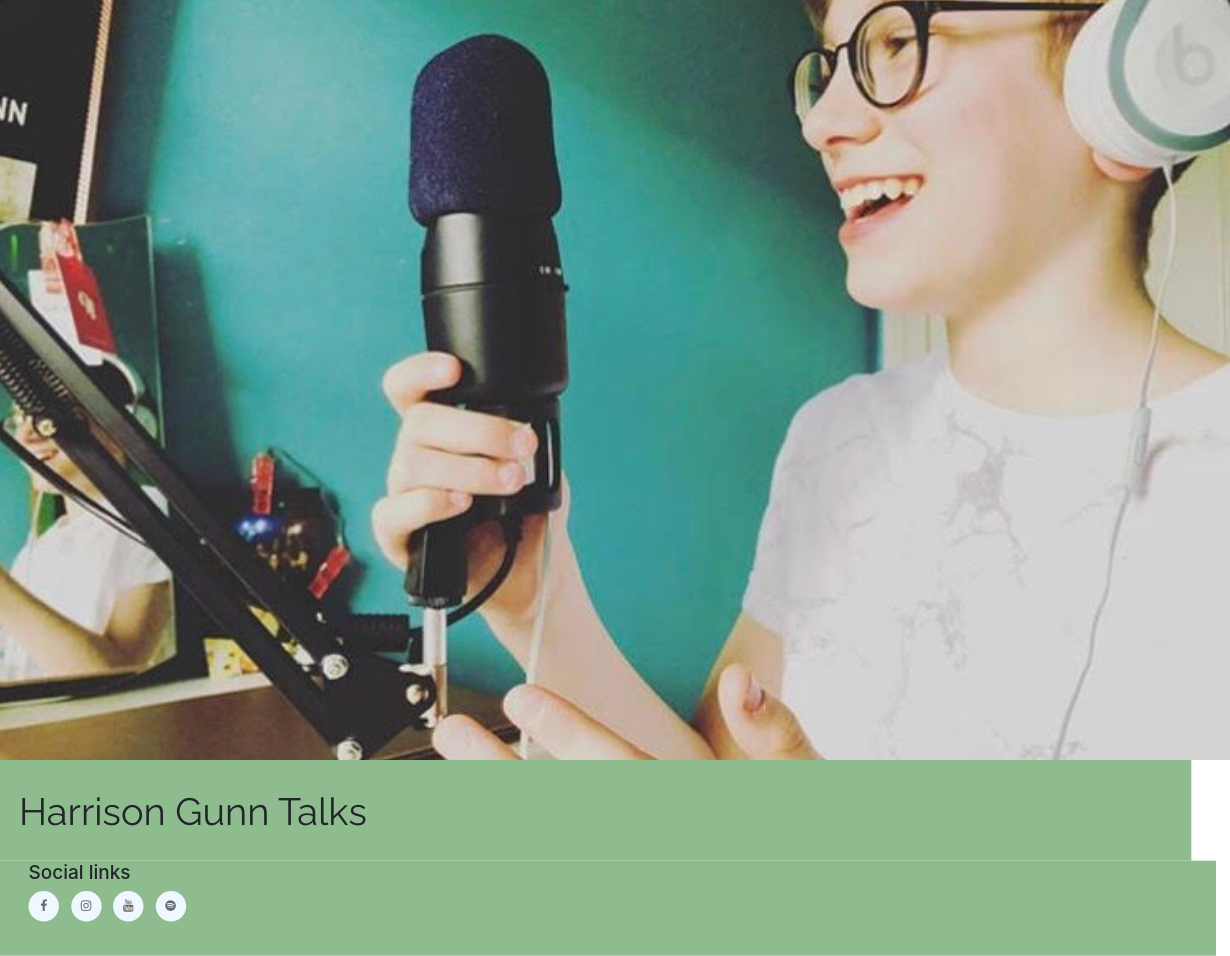
Repository: Leannald13/user-centric-milestone-project
Page: index.html
The author's editor kept a record of every edit. The page is drawn from the files as they stood at one moment, then again after the next edit.
The browser window is 1280 px wide. The page is 1295 px wide, so the pictures cover 1295 px, including what lies to the right of the window. The pictures show the whole page, at 95% of full size.

Above is the page before.

### index.html
<!DOCTYPE html>
<html lang="en">

<head>
    <meta charset="UTF-8">
    <meta name="viewport" content="width=device-width, initial-scale=1.0">
    <meta http-equiv="X-UA-Compatible" content="ie=edge">
    <link rel="stylesheet" href="https://stackpath.bootstrapcdn.com/bootstrap/4.3.1/css/bootstrap.min.css" type="text/css" />
    <link rel="stylesheet" href="https://cdnjs.cloudflare.com/ajax/libs/hover.css/2.3.1/css/hover-min.css" type="text/css" />
    <link rel="stylesheet" href="https://stackpath.bootstrapcdn.com/font-awesome/4.7.0/css/font-awesome.min.css" type="text/css" />
    <link rel="stylesheet" href="assets/css/style.css" type="text/css" />
    <title>Harrison</title>
</head>

<body>
    <header>
        <div class="row">
            <a href="index.html" class="col-md-12 logo">

            </a>
        </div>
          <div class="row">
            <div class="col-sm-12">
                <div class="row no-gutters bg-color-name">
                    <div class="col heading">
                        <h1 class="name">Harrison Gunn Talks</h1>
                    </div>
                </div>
            </div>



    </header>
    <section>

    </section>
    <footer>
        <div class="container-fluid">
            <div class="col sm-12">
                <h5 class="uppercase general-sub">Social links</h5>
                <ul class="list-inline social-links">
                    <li class="list-inline-item">
                        <a target="_blank" href="#">
                           <i class="fa fa-facebook" aria-hidden="true"></i>
                           <span class="sr-only">Facebook</span>
                        </a>
                    </li>
                    <li class="list-inline-item">
                        <a target="_blank" href="#">
                           <i class="fa fa-instagram" aria-hidden="true"></i>
                           <span class="sr-only">Instagram</span>
                        </a>
                    </li>
                    <li class="list-inline-item">
                        <a target="_blank" href="#">
                           <i class="fa fa-youtube" aria-hidden="true"></i>
                           <span class="sr-only">YouTube</span>
                           </a>
                    </li>
                    <li class="list-inline-item">
                        <a target="_blank" href="#">
                           <i class="fa fa-spotify" aria-hidden="true"></i>
                           <span class="sr-only">Spotify</span>
                           </a>
                    </li>
            </div>
        </div>
    </footer>
</body>

</html>

### assets/css/style.css
@import url('https://fonts.googleapis.com/css?family=Raleway&display=swap');


/* -------------------------------------------------------------Heading */

.logo {
    background: url("../images/harrison.jpg");
    background-position: center;
    background-repeat: no-repeat;
    background-size: cover;
    width: 100%;
    height: 800px;
    transition: all .5s;
}

.heading {
    font-family: "Raleway", sans-serif;
    text-align: left;
    font-weight: 100;
    margin-top: 30px;
    width: 100%;

}

.bg-color-name {
    background-color: #8fbc8f;
    max-width: 98%;
    padding-bottom: 20px;
    padding-left: 20px;
}



/* -------------------------------------------------------------Footer */

footer {
    background-color: #8fbc8f;
    padding-bottom: 20px;

}

.social-links li a i {
    width: 32px;
    height: 32px;
    padding-top: 12px;
    border-radius: 50%;
    font-size: 13px;
    line-height: 7px;
    text-align: center;
    color: #696969;
    background: #f0f8ff;
    background-position: center;
    transition: all 0.35s ease-in-out;
}

After the next edit:
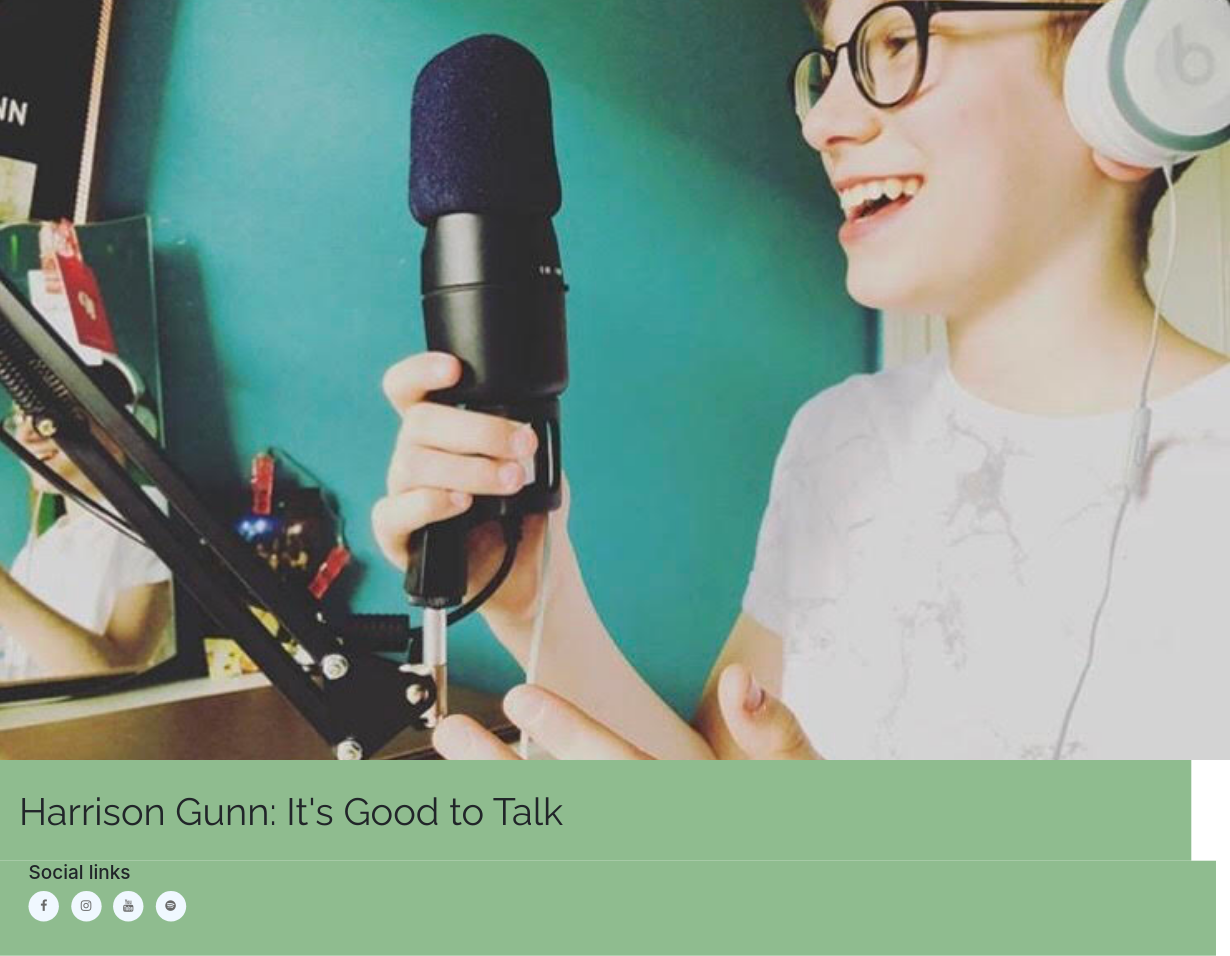
The edit:
--- a/index.html
+++ b/index.html
@@ -23,7 +23,7 @@
             <div class="col-sm-12">
                 <div class="row no-gutters bg-color-name">
                     <div class="col heading">
-                        <h1 class="name">Harrison Gunn Talks</h1>
+                        <h1 class="name">Harrison Gunn: It's Good to Talk</h1>
                     </div>
                 </div>
             </div>
